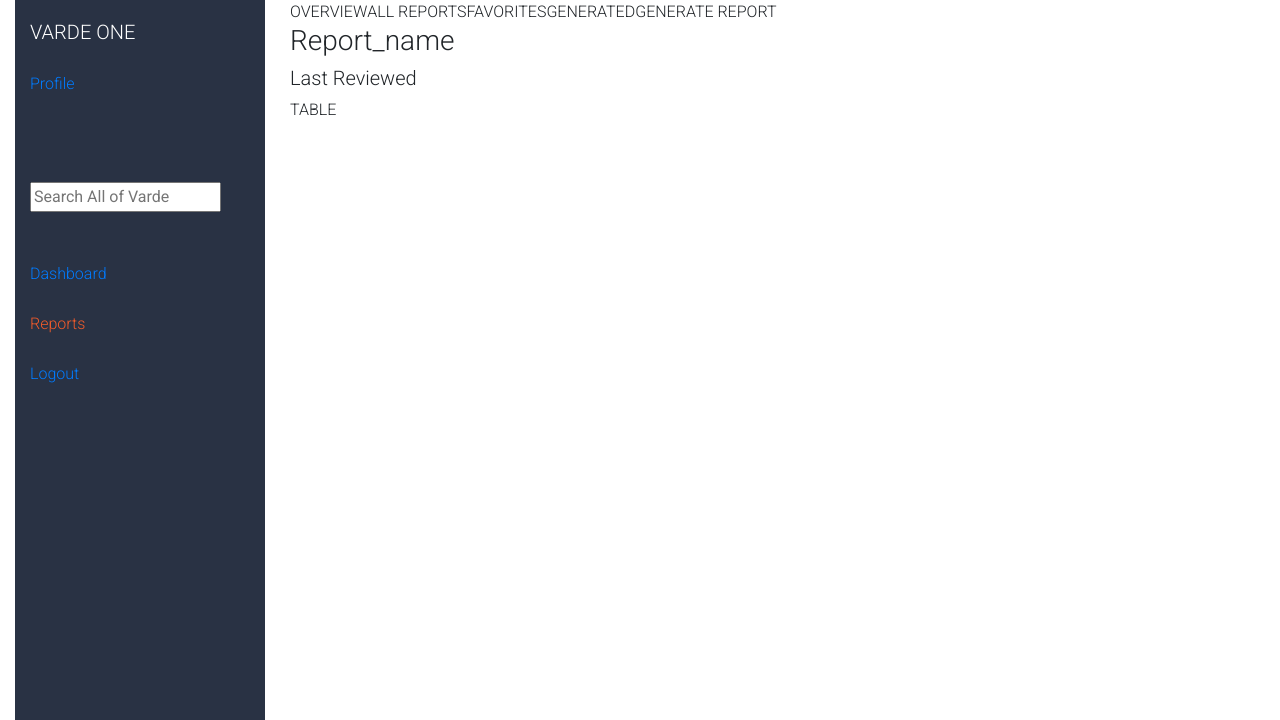
Repository: slavishtipkov/cra-redux
Page: /reports
The author's editor kept a copy of each file at every save. The page is drawn from the files as they stood at one save, then again after the next save.
The browser window is 1280 px wide. The pictures show the whole page.
The project was rebuilt for these pictures with package versions that can differ from the ones it lists, and the page was loaded fresh each time.

Above is the page before, as saved 2019-07-09 13:16:52.

### src/index.js
import React from "react";
import ReactDOM from "react-dom";
import { BrowserRouter as Router } from "react-router-dom";

import * as serviceWorker from "./serviceWorker";

import "@fortawesome/fontawesome-free/css/all.min.css";
import "bootstrap-css-only/css/bootstrap.min.css";
import "mdbreact/dist/css/mdb.css";

import App from "./Components/App";

import "./index.css";

ReactDOM.render(
  <Router>
    <App />
  </Router>,
  document.getElementById("root")
);

// If you want your app to work offline and load faster, you can change
// unregister() to register() below. Note this comes with some pitfalls.
// Learn more about service workers: https://bit.ly/CRA-PWA
serviceWorker.unregister();

### src/index.css
@import-normalize;

#root {
  max-width: 1350px;
  min-width: 960px;
  margin: 0 auto;
}

### src/Components/App/App.js
import React, { Suspense, lazy } from "react";
import { Route, Switch } from "react-router-dom";

import SideBar from "../Common/SideBar";

import "./App.scss";

const Login = lazy(() => import("../../Containers/Login"));
const Profile = lazy(() => import("../../Containers/Profile"));
const Dashboard = lazy(() => import("../../Containers/Dashboard"));
const Reports = lazy(() => import("../../Containers/Reports"));
const NotFound = lazy(() => import("../Common/NotFound"));

const App = ({ childProps }) => {
  return (
    <div className="container-fluid">
      <SideBar />
      <Suspense fallback={<div>Loading...</div>}>
        <Switch>
          <Route path="/" exact component={Login} props={childProps} />
          <Route path="/profile" exact component={Profile} props={childProps} />
          <Route
            path="/dashboard"
            exact
            component={Dashboard}
            props={childProps}
          />
          <Route path="/reports" exact component={Reports} props={childProps} />
          <Route component={NotFound} />
        </Switch>
      </Suspense>
    </div>
  );
};

export default App;

### src/Components/App/App.scss
.container-fluid {
  width: 100%;
  height: 100vh;

  display: flex;
  align-items: stretch;

  .side-bar {
    width: 20%;
  }

  .page {
    padding-left: 25px;
    width: 80%;

    .page-header {
      .page-header-nav ul {
        display: flex;
        margin: 0;
        padding: 0;

        li {
          display: block;
        }
      }
    }
  }
}

### src/Containers/Reports/index.js
import Reports from "./Reports";

export default Reports;

### src/Components/Common/SideBar/SideBar.js
import React from "react";
import { NavLink } from "react-router-dom";

import "./sideBar.scss";
import { MDBContainer, MDBRow, MDBCol } from "mdbreact";
const SideBar = () => {
  const activeStyle = { color: "#F15B2A" };

  return (
    <nav className="side-bar">
      <h5 className="heading">VARDE ONE</h5>
      <div className="profile-section">
        <NavLink to="/profile" activeStyle={activeStyle}>
          Profile
        </NavLink>
      </div>
      <div className="search-bar">
        <input type="text" placeholder="Search All of Varde" />
      </div>
      <div className="main-links">
        <NavLink to="/dashboard" activeStyle={activeStyle}>
          Dashboard
        </NavLink>
        <NavLink to="/reports" activeStyle={activeStyle} exact>
          Reports
        </NavLink>
      </div>
      <NavLink to="/logout" activeStyle={activeStyle}>
        Logout
      </NavLink>
    </nav>
  );
};

export default SideBar;

### src/Containers/Reports/Reports.js
import React from "react";

const Reports = () => (
  <div className="reports-page page">
    <div className="reports-page-header page-header">
      <div className="page-header-nav">
        <ul>
          <li>OVERVIEW</li>
          <li>ALL REPORTS</li>
          <li>FAVORITES</li>
          <li>GENERATED</li>
          <li>GENERATE REPORT</li>
        </ul>
      </div>
      <div className="page-header-content">
        <h3>Report_name</h3>
      </div>
    </div>
    <div className="page-content">
      <h5>Last Reviewed</h5>
      <div className="table">TABLE</div>
    </div>
  </div>
);

export default Reports;

### src/Components/Common/SideBar/sideBar.scss
.side-bar {
  display: flex;
  flex-direction: column;

  padding-left: 15px;
  padding-right: 15px;
  background-color: #293244;

  .heading {
    padding-top: 20px;
    padding-bottom: 20px;
    color: white;
  }

  .profile-section {
    height: 90px;
    margin-bottom: 20px;
  }

  .serach-bar {
    padding-top: 20px;
    margin-bottom: 50px;

    input {
      display: inline;
    }
  }

  .main-links {
    display: flex;
    flex-direction: column;
    margin-top: 50px;

    a {
      height: 50px;
      text-decoration: none;
    }
  }
}

Loaded but not shown: public/index.html (common file); src/serviceWorker.js (common file); src/Components/App/index.js (common file); src/Components/Common/SideBar/index.js (common file)

After the next save:
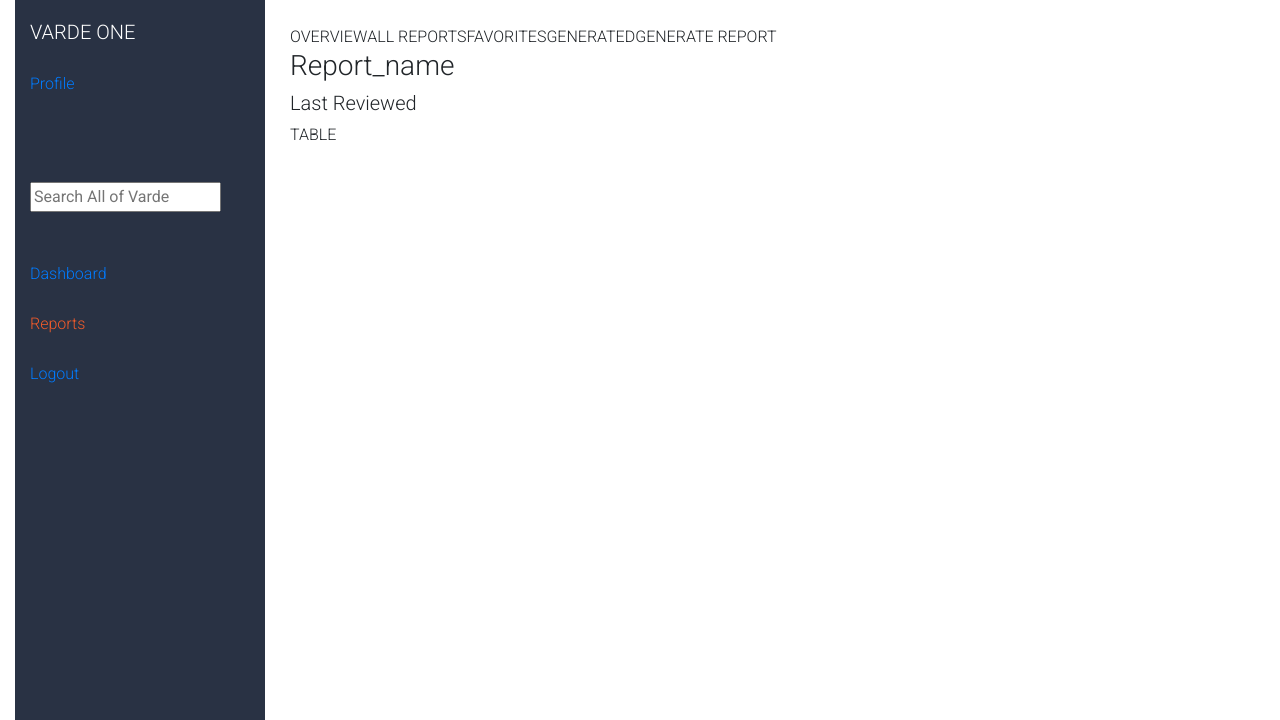
Saved 50 s later.
--- a/src/Components/App/App.scss
+++ b/src/Components/App/App.scss
@@ -19,6 +19,8 @@
         margin: 0;
         padding: 0;
 
+        margin-top: 25px;
+
         li {
           display: block;
         }
